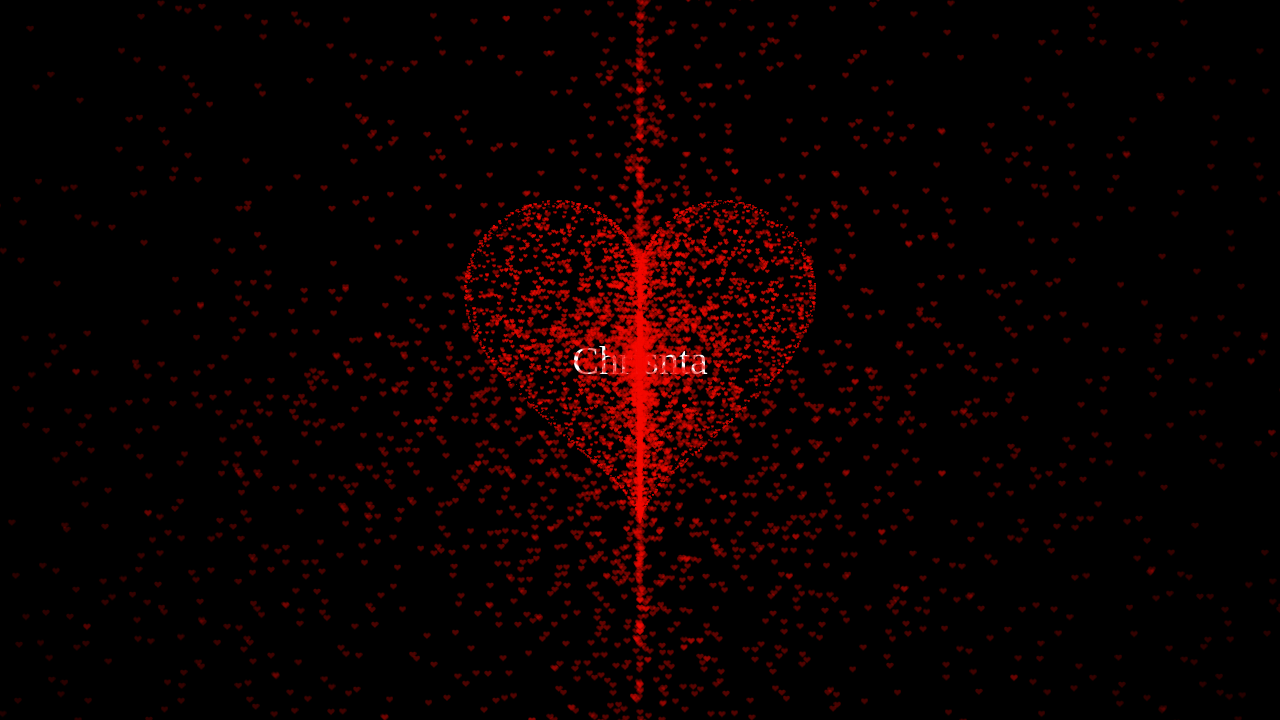
Repository: thaiduy1704/Heart
Page: index.html
These files come from the project's save history. The page is drawn as it stood at one moment and after the next save; the edit follows.
The browser window is 1280 px wide. The pictures show the whole page.

Above is the page before, as saved 2022-11-11 01:59:00.
Not found: style.css

### index.html
<!DOCTYPE HTML PUBLIC "-//W3C//DTD HTML 4.0 Transitional//EN">
<HTML>
 <HEAD>
  <TITLE> MINH IT </TITLE>
  <META NAME="Generator" CONTENT="EditPlus">
  <META NAME="Author" CONTENT="">
  <META NAME="Keywords" CONTENT="">
  <META NAME="Description" CONTENT="">
  <link rel="stylesheet" href="style.css">
  <style>
  html, body {
  height: 100%;
  padding: 0;
  margin: 0;
  background: rgba(0, 0, 0, 0.851);
}
canvas {
  position: absolute;
  width: 100%;
  height: 100%;
}
  </style>
 </HEAD>
 <BODY>
  <div class="box">
    <canvas id="pinkboard"></canvas>
  </div>
<script>
var settings = {
  particles: {
    length:   10000, // maximum amount of particles
    duration:   4, // particle duration in sec
    velocity: 80, // particle velocity in pixels/sec
    effect: -2.5, // play with this for a nice effect
    size:      8, // particle size in pixels
  },
};
/*
 */
(function(){var b=0;var c=["ms","moz","webkit","o"];for(var a=0;a<c.length&&!window.requestAnimationFrame;++a){window.requestAnimationFrame=window[c[a]+"RequestAnimationFrame"];window.cancelAnimationFrame=window[c[a]+"CancelAnimationFrame"]||window[c[a]+"CancelRequestAnimationFrame"]}if(!window.requestAnimationFrame){window.requestAnimationFrame=function(h,e){var d=new Date().getTime();var f=Math.max(0,16-(d-b));var g=window.setTimeout(function(){h(d+f)},f);b=d+f;return g}}if(!window.cancelAnimationFrame){window.cancelAnimationFrame=function(d){clearTimeout(d)}}}());
/*
 * Point class
 */
var Point = (function() {
  function Point(x, y) {
    this.x = (typeof x !== 'undefined') ? x : 0;
    this.y = (typeof y !== 'undefined') ? y : 0;
  }
  Point.prototype.clone = function() {
    return new Point(this.x, this.y);
  };
  Point.prototype.length = function(length) {
    if (typeof length == 'undefined')
      return Math.sqrt(this.x * this.x + this.y * this.y);
    this.normalize();
    this.x *= length;
    this.y *= length;
    return this;
  };
  Point.prototype.normalize = function() {
    var length = this.length();
    this.x /= length;
    this.y /= length;
    return this;
  };
  return Point;
})();
/*
 * Particle class
 */
var Particle = (function() {
  function Particle() {
    this.position = new Point();
    this.velocity = new Point();
    this.acceleration = new Point();
    this.age = 0;
  }
  Particle.prototype.initialize = function(x, y, dx, dy) {
    this.position.x = x;
    this.position.y = y;
    this.velocity.x = dx;
    this.velocity.y = dy;
    this.acceleration.x = dx * settings.particles.effect;
    this.acceleration.y = dy * settings.particles.effect;
    this.age = 0;
  };
  Particle.prototype.update = function(deltaTime) {
    this.position.x += this.velocity.x * deltaTime;
    this.position.y += this.velocity.y * deltaTime;
    this.velocity.x += this.acceleration.x * deltaTime;
    this.velocity.y += this.acceleration.y * deltaTime;
    this.age += deltaTime;
  };
  Particle.prototype.draw = function(context, image) {
    function ease(t) {
      return (--t) * t * t + 1;
    }
    var size = image.width * ease(this.age / settings.particles.duration);
    context.globalAlpha = 1 - this.age / settings.particles.duration;
    context.drawImage(image, this.position.x - size / 2, this.position.y - size / 2, size, size);
  };
  return Particle;
})();
/*
 * ParticlePool class
 */
var ParticlePool = (function() {
  var particles,
      firstActive = 0,
      firstFree   = 0,
      duration    = settings.particles.duration;

  function ParticlePool(length) {
    // create and populate particle pool
    particles = new Array(length);
    for (var i = 0; i < particles.length; i++)
      particles[i] = new Particle();
  }
  ParticlePool.prototype.add = function(x, y, dx, dy) {
    particles[firstFree].initialize(x, y, dx, dy);

    // handle circular queue
    firstFree++;
    if (firstFree   == particles.length) firstFree   = 0;
    if (firstActive == firstFree       ) firstActive++;
    if (firstActive == particles.length) firstActive = 0;
  };
  ParticlePool.prototype.update = function(deltaTime) {
    var i;

    // update active particles
    if (firstActive < firstFree) {
      for (i = firstActive; i < firstFree; i++)
        particles[i].update(deltaTime);
    }
    if (firstFree < firstActive) {
      for (i = firstActive; i < particles.length; i++)
        particles[i].update(deltaTime);
      for (i = 0; i < firstFree; i++)
        particles[i].update(deltaTime);
    }

    // remove inactive particles
    while (particles[firstActive].age >= duration && firstActive != firstFree) {
      firstActive++;
      if (firstActive == particles.length) firstActive = 0;
    }


  };
  ParticlePool.prototype.draw = function(context, image) {
    // draw active particles
    if (firstActive < firstFree) {
      for (i = firstActive; i < firstFree; i++)
        particles[i].draw(context, image);
    }
    if (firstFree < firstActive) {
      for (i = firstActive; i < particles.length; i++)
        particles[i].draw(context, image);
      for (i = 0; i < firstFree; i++)
        particles[i].draw(context, image);
    }
  };
  return ParticlePool;
})();
/*
 * Putting it all together
 */
(function(canvas) {
  var context = canvas.getContext('2d'),
      particles = new ParticlePool(settings.particles.length),
      particleRate = settings.particles.length / settings.particles.duration, // particles/sec
      time;

  // get point on heart with -PI <= t <= PI
  function pointOnHeart(t) {
    return new Point(
      160 * Math.pow(Math.sin(t), 3),
      130 * Math.cos(t) - 50 * Math.cos(2 * t) - 20 * Math.cos(3 * t) - 10 * Math.cos(4 * t) + 25
    );
  }

  // creating the particle image using a dummy canvas
  var image = (function() {
    var canvas  = document.createElement('canvas'),
        context = canvas.getContext('2d');
    canvas.width  = settings.particles.size;
    canvas.height = settings.particles.size;
    // helper function to create the path
    function to(t) {
      var point = pointOnHeart(t);
      point.x = settings.particles.size / 2 + point.x * settings.particles.size / 350;
      point.y = settings.particles.size / 2 - point.y * settings.particles.size / 350;
      return point;
    }
    // create the path
    context.beginPath();
    var t = -Math.PI;
    var point = to(t);
    context.moveTo(point.x, point.y);
    while (t < Math.PI) {
      t += 0.01; // baby steps!
      point = to(t);
      context.lineTo(point.x, point.y);
    }
    context.closePath();
    // create the fill
    context.fillStyle = '#f50b02';
    context.fill();
    // create the image
    var image = new Image();
    image.src = canvas.toDataURL();
    return image;
  })();

  // render that thing!
  function render() {
    // next animation frame
    requestAnimationFrame(render);

    // update time
    var newTime   = new Date().getTime() / 1000,
        deltaTime = newTime - (time || newTime);
    time = newTime;

    // clear canvas
    context.clearRect(0, 0, canvas.width, canvas.height);

    // create new particles
    var amount = particleRate * deltaTime;
    for (var i = 0; i < amount; i++) {
      var pos = pointOnHeart(Math.PI - 2 * Math.PI * Math.random());
      var dir = pos.clone().length(settings.particles.velocity);
      particles.add(canvas.width / 2 + pos.x, canvas.height / 2 - pos.y, dir.x, -dir.y);
    }

    // update and draw particles
    particles.update(deltaTime);
    particles.draw(context, image);
  }

  // handle (re-)sizing of the canvas
  function onResize() {
    canvas.width  = canvas.clientWidth;
    canvas.height = canvas.clientHeight;
  }
  window.onresize = onResize;

  // delay rendering bootstrap
  setTimeout(function() {
    onResize();
    render();
  }, 10);
})(document.getElementById('pinkboard'));
  </script>
 </BODY>
</HTML>
</HTML>
  </script>
  <div class="center-text",
  style="background-color:rgb(0, 0, 0);
        width: 100%;
        color: white ;
        height:100%;
        font-size: 40px;
        font-style: Bold;
        font-family: 'Dancing Script', cursive;
        display: flex;
        align-items: center;
        justify-content: center;
        margin-bottom: 200px;
        text-align: center;">Chrisnta</div>
 </BODY>
</HTML>
<!-- color: rgb(225, 12, 168); -->

After the next save:
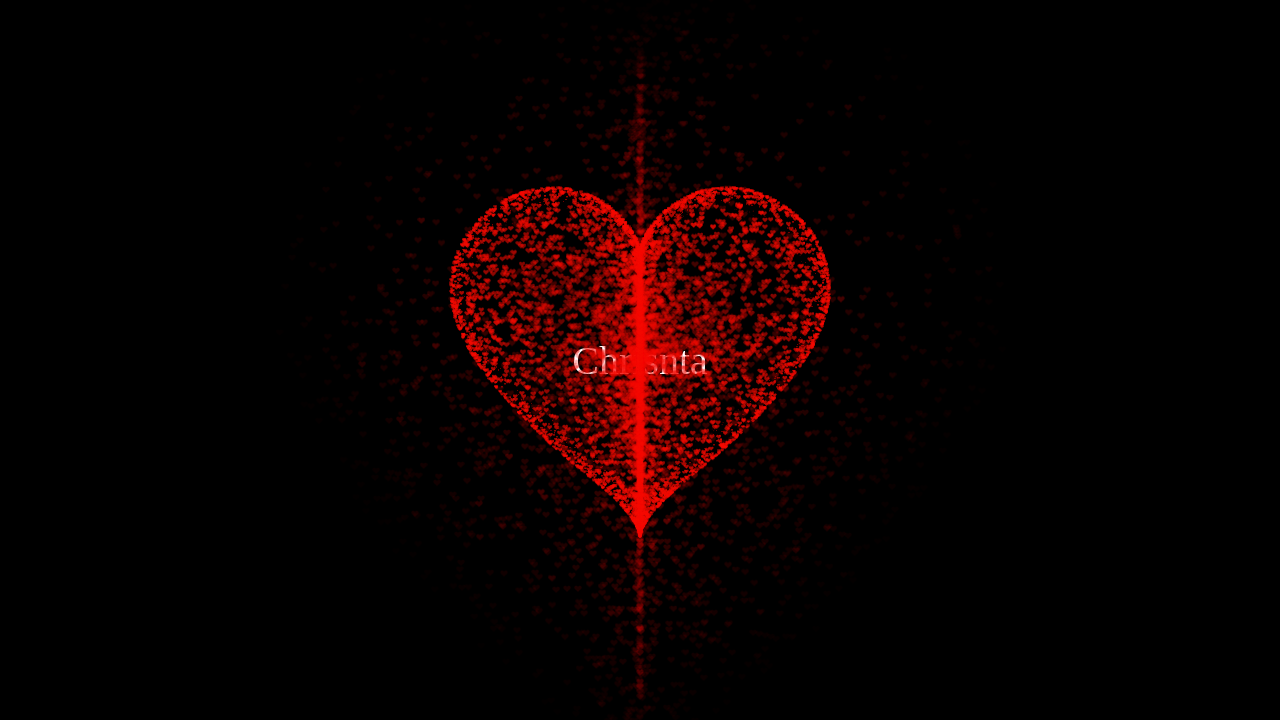
Saved 7 s later.
--- a/index.html
+++ b/index.html
@@ -31,7 +31,7 @@ var settings = {
     length:   10000, // maximum amount of particles
     duration:   4, // particle duration in sec
     velocity: 80, // particle velocity in pixels/sec
-    effect: -2.5, // play with this for a nice effect
+    effect: -1.3, // play with this for a nice effect
     size:      8, // particle size in pixels
   },
 };
